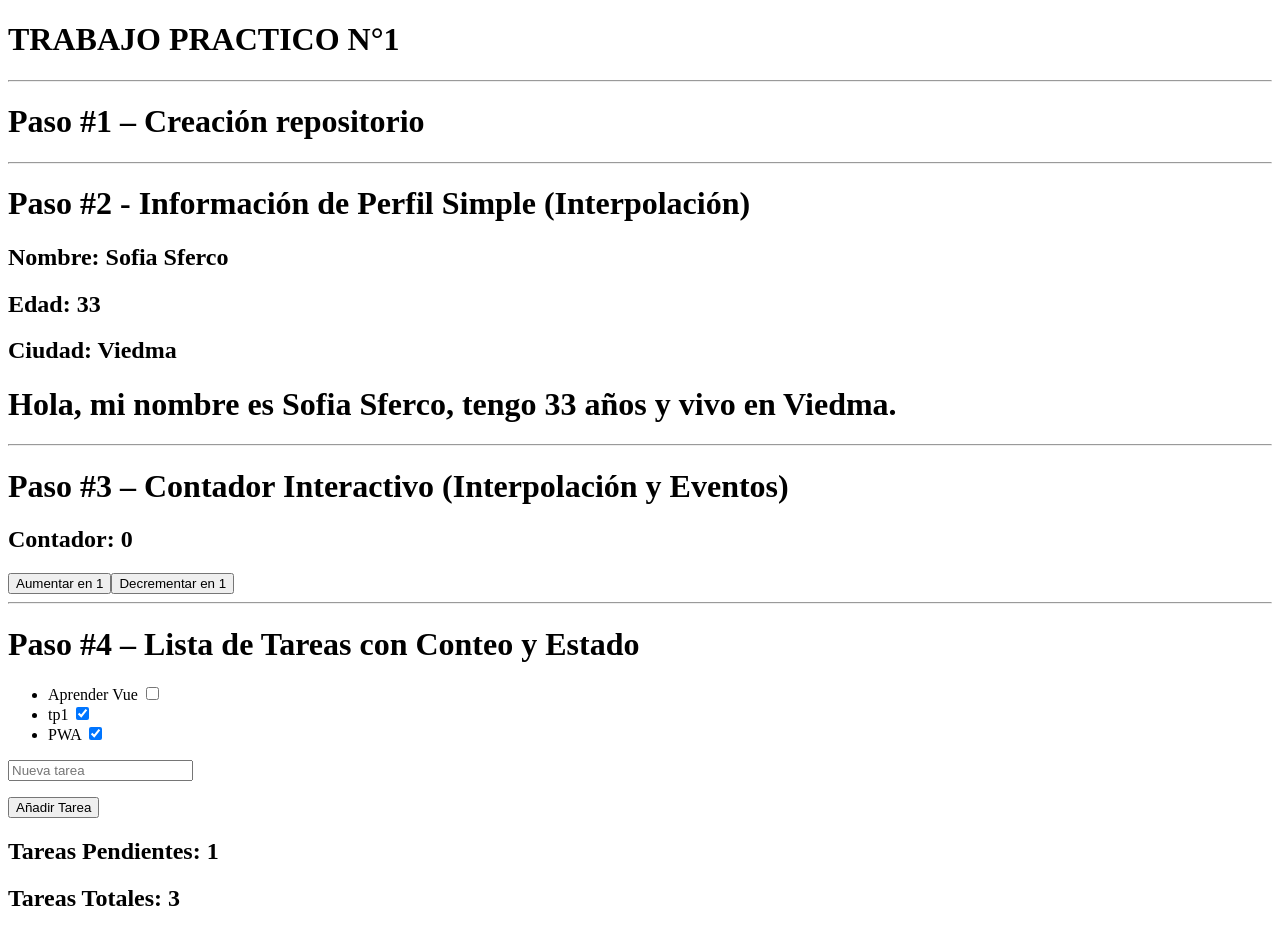
Repository: SofiaSferco/PWA-2026
Page: practico01/index.html
The author's editor kept a copy of each file at every save. The page is drawn from the files as they stood at one save, then again after the next save.
The browser window is 1280 px wide. The pictures show the whole page.

Above is the page before, as saved 2026-09-10 02:08:50.

After the next save:
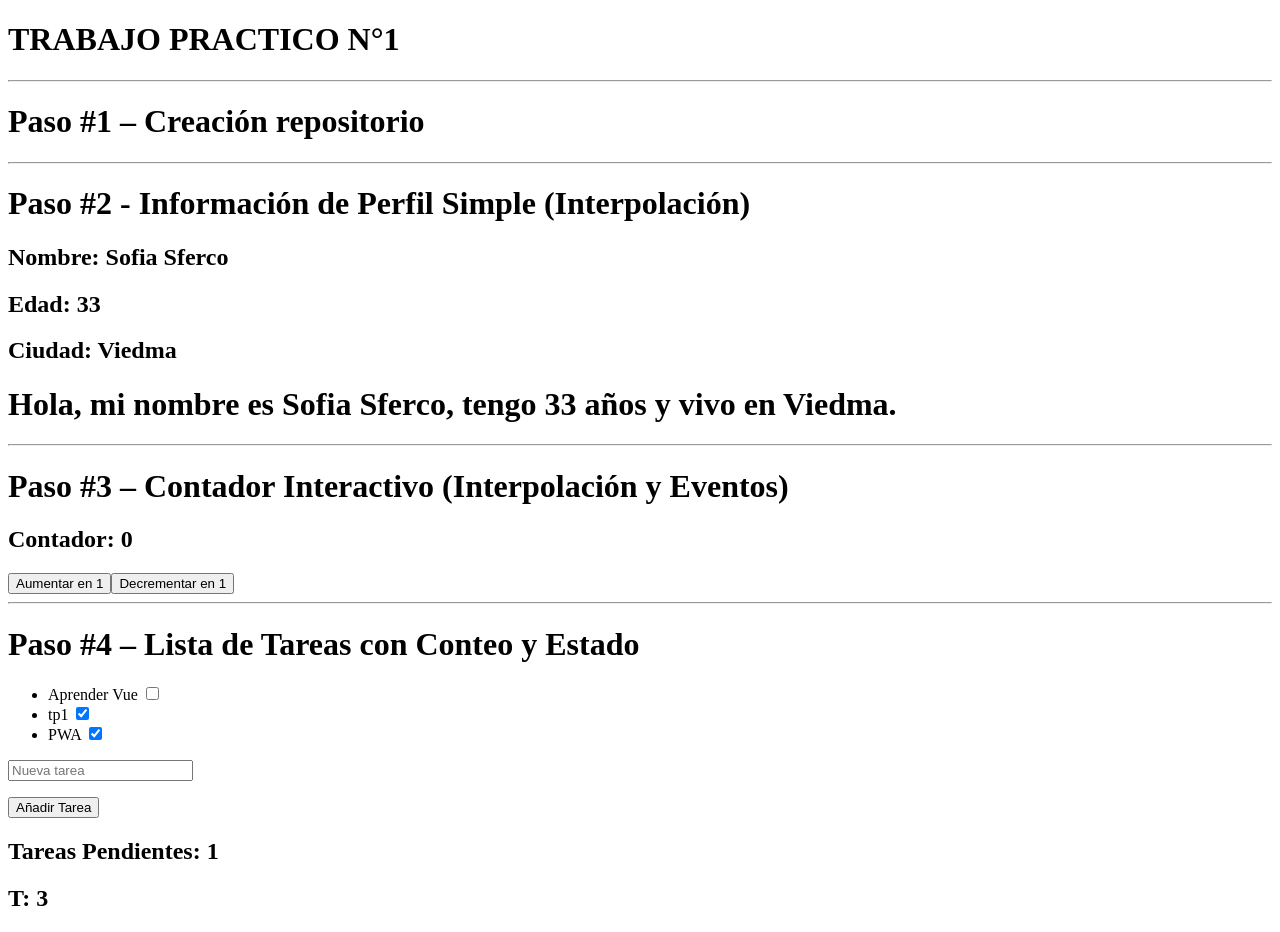
Saved 5 s later.
--- a/practico01/index.html
+++ b/practico01/index.html
@@ -34,7 +34,7 @@
         </p>
         <button @click="agregarTarea">Añadir Tarea</button>
         <h2>Tareas Pendientes: {{tareasPendientes.length}}</h2>
-        <h2>Tareas Totales: {{totalTareas}}</h2>
+        <h2>T: {{totalTareas}}</h2>
     </div>
     <script>
        var app= new Vue({
